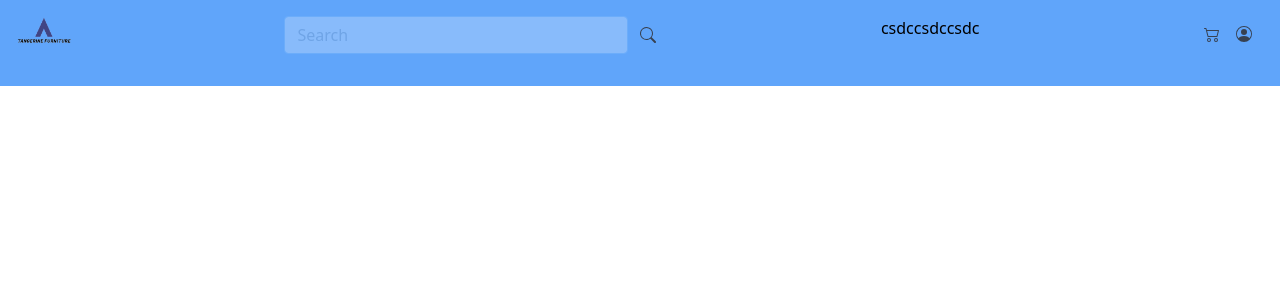
Repository: DevLaukey/Jitu-final
Page: / (app in frontend/)
The author's editor kept a copy of each file at every save. The page is drawn from the files as they stood at one save, then again after the next save.
The browser window is 1280 px wide. The pictures show the whole page.
The project was rebuilt for these pictures with package versions that can differ from the ones it lists, and the page was loaded fresh each time.

Above is the page before, as saved 2022-07-13 13:29:47.

### frontend/src/index.js
import React from 'react';
import ReactDOM from 'react-dom/client';
import './index.css';
import App from './App';
import {store } from './redux/store';
import {Provider} from 'react-redux';
const root = ReactDOM.createRoot(document.getElementById('root'));
root.render(
  <Provider store={store}>
    <App />
  </Provider>
);

### frontend/src/App.js
import Navbar from "./components/Navbar";

function App() {
  return (
    <div className="">
    <Navbar />
    </div>
  );
}

export default App;

### frontend/src/components/Navbar.js
import React from "react";
import logo from "./free-logo-24a54uqo7g-d1y96agntq-removebg-preview.png";
import { BsCart2, BsPersonCircle, BsSearch } from "react-icons/bs";
function Navbar() {
  return (
    <header className="flex space-x-4 justify-between align-middle  p-4 bg-blue-400">
      <div className="">
        <img
          onClick={() => {
            console.log("clicked");
          }}
          className="h-15 w-14"
          src={logo}
          alt=""
          srcset=""
        />
      </div>
      <div class="flex justify-center">
        <div class="xl:w-96">
          <div class="input-group relative flex  items-stretch w-full mb-4 rounded">
            <input
              type="search"
              class="form-control relative flex-auto min-w-0 block w-full px-3 py-1.5 text-base font-normal   bg-clip-padding border border-solid border-blue-300 rounded transition ease-in-out m-0 focus:text-gray-800 focus:bg-white focus:border-blue-600 focus:outline-none opacity-25"
              placeholder="Search"
              aria-label="Search"
              aria-describedby="button-addon2"
            />
            <span
              class="input-group-text flex items-center px-3 py-1.5 text-base font-normal text-gray-700 text-center whitespace-nowrap rounded"
              id="basic-addon2"
            >
              <BsSearch />
            </span>
          </div>
        </div>
      </div>
      <div >
        <ul className='flex'>
          <li>csdc</li>
          <li>csdc</li>
          <li>csdc</li>
        </ul>
      </div>
      <div class="space-x-4 text-gray-700 flex  px-3 py-2.5  text-center whitespace-nowrap rounded">
        <BsCart2 />
        <BsPersonCircle />
      </div>
    </header>
  );
}

export default Navbar;

Loaded but not shown: frontend/public/index.html (common file); frontend/src/index.css (common file); frontend/src/redux/store.js (common file); frontend/tailwind.config.js (common file)

After the next save:
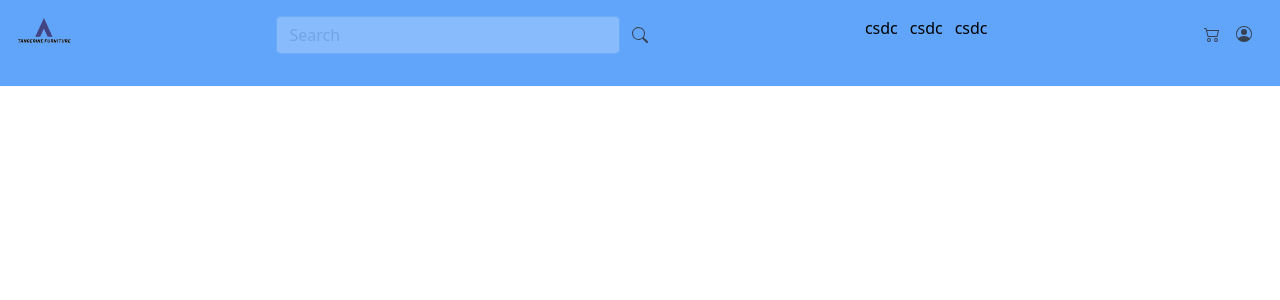
Saved 6 s later.
--- a/frontend/src/components/Navbar.js
+++ b/frontend/src/components/Navbar.js
@@ -35,7 +35,7 @@ function Navbar() {
         </div>
       </div>
       <div >
-        <ul className='flex'>
+        <ul className='flex space-x-3'>
           <li>csdc</li>
           <li>csdc</li>
           <li>csdc</li>
